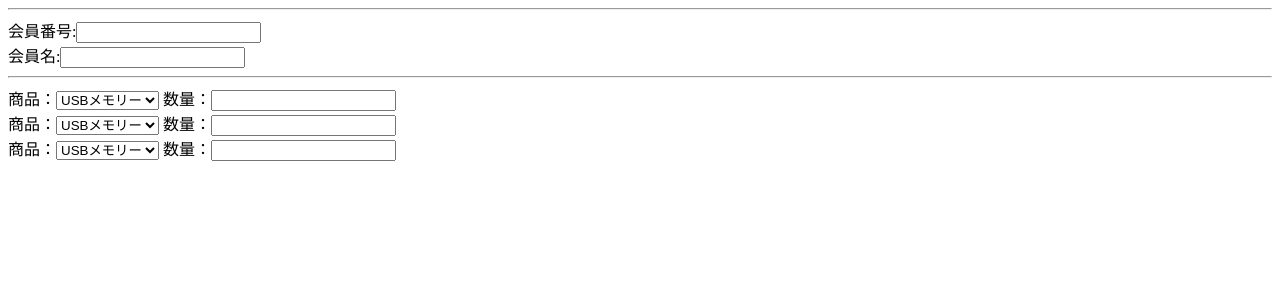
Repository: aiueo20/18ca0155
Page: SSP/kadai0204/WebContent/index.html
These files come from the project's save history. The page is drawn as it stood at one moment and after the next save; the edit follows.
The browser window is 1280 px wide. The pictures show the whole page.

Above is the page before, as saved 2018-11-26 07:38:07.

After the next save:
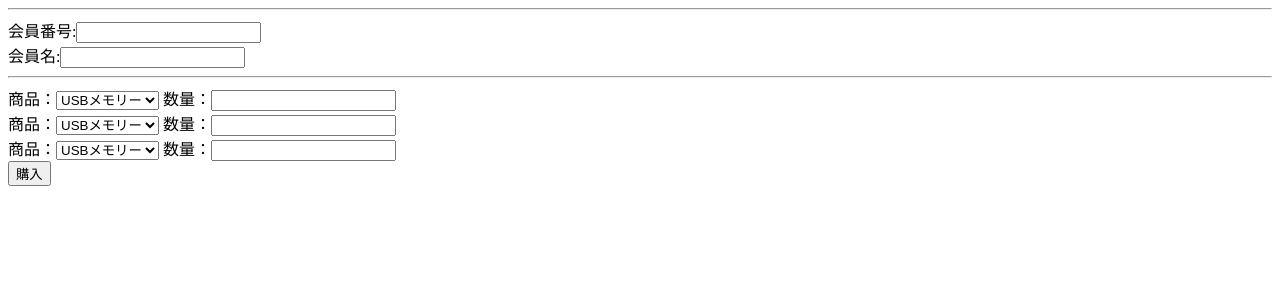
Saved 20 s later.
--- a/SSP/kadai0204/WebContent/index.html
+++ b/SSP/kadai0204/WebContent/index.html
@@ -28,6 +28,8 @@
 	　</select>
 数量：<input type="text" name="suuryou3">
 <br>
+<input type="submit" value="購入">
+
 </form>
 
 </body>
